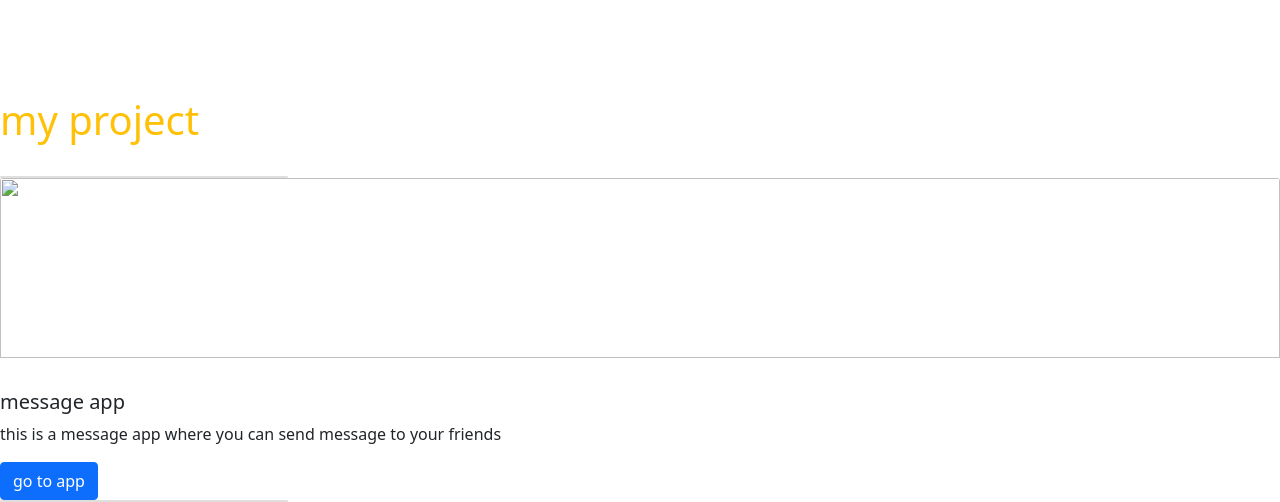
Repository: abeera518/part-2
Page: project.html
The author's editor kept a copy of each file at every save. The page is drawn from the files as they stood at one save, then again after the next save.
The browser window is 1280 px wide. The pictures show the part of the page from y = 0 to 502 px (the page is 1472 px tall).
Pictures or frames that could not be fetched are drawn as grey boxes.

Above is the page before, as saved 2025-11-20 23:27:54.

After the next save:
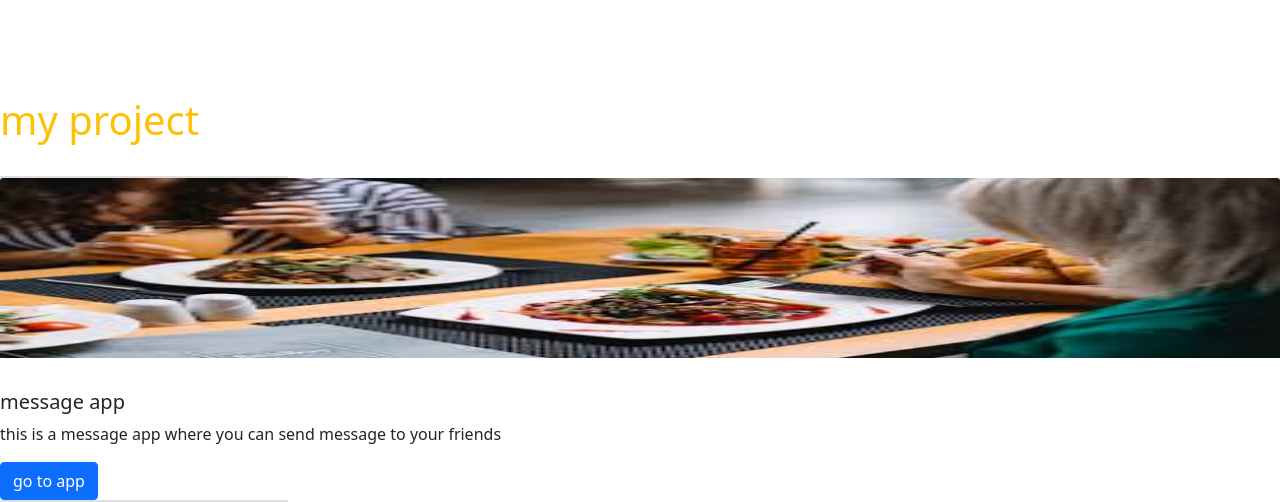
Saved 8 s later.
--- a/project.html
+++ b/project.html
@@ -14,7 +14,7 @@
     <h1 class="text-warning mb-3 pb-3 "> my project</h1>
     <div class="row"></div>
     <div class="card" style="width:18rem;"></div>
-    <img src="" class="card-img-top"
+    <img src="download.jpg" class="card-img-top"
         style="height:180 ;">
     <div class="card-body"></div>
     <h5 class="card-title">message app</h5>
